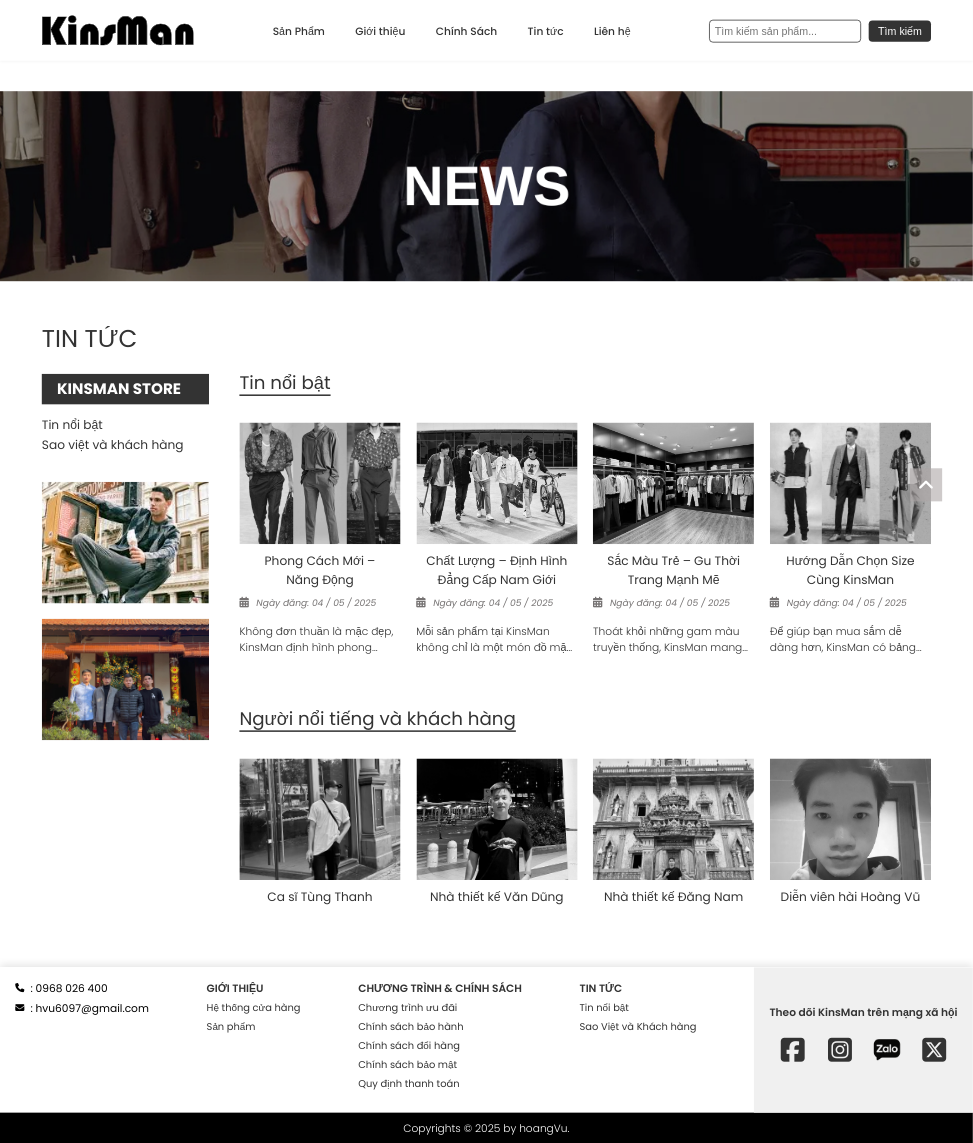
Repository: hoang28092000/kinsmanClothes
Page: category/news.html
These files come from the project's save history. The page is drawn as it stood at one moment and after the next save; the edit follows.
The browser window is 1280 px wide. The pictures show the whole page, at 76% of full size.

Above is the page before, as saved 2025-05-08 14:56:54.
Console error: TypeError: Cannot read properties of null (reading 'addEventListener')

After the next save:
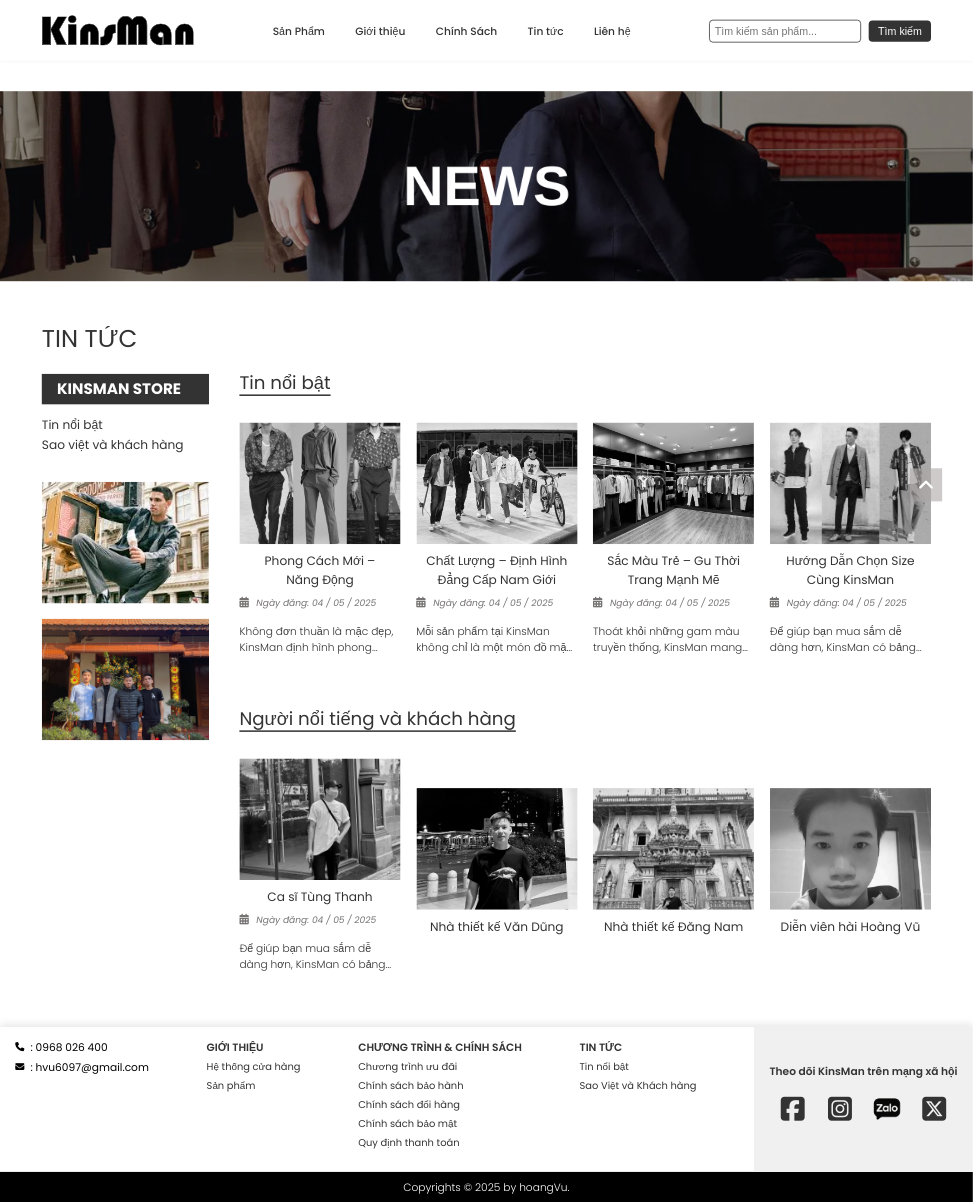
Saved 58 s later.
--- a/category/news.html
+++ b/category/news.html
@@ -188,7 +188,20 @@
                     </div>
                     <h3 class="name-news"><a href=""> Ca sĩ Tùng Thanh </a></h3>
                   </a>
-
+                  <div class="desc">
+                    <div class="time-up">
+                      <i class="fa-solid fa-calendar-days icon-time"></i>
+                      <p class="desc-time">Ngày đăng: 04 / 05 / 2025</p>
+                    </div>
+                    <p class="desc_card-news">
+                      Để giúp bạn mua sắm dễ dàng hơn, KinsMan có bảng size
+                      chuẩn quốc tế và đội ngũ hỗ trợ chọn size theo số đo cơ
+                      thể. Chỉ cần biết chiều cao và cân nặng, bạn sẽ được tư
+                      vấn ngay size phù hợp (S – M – L – XL...). Ngoài ra, nếu
+                      không vừa, bạn có thể đổi size trong 7 ngày mà không mất
+                      phí
+                    </p>
+                  </div>
                 </article>
                 <article class="card-news">
                   <a href="">
